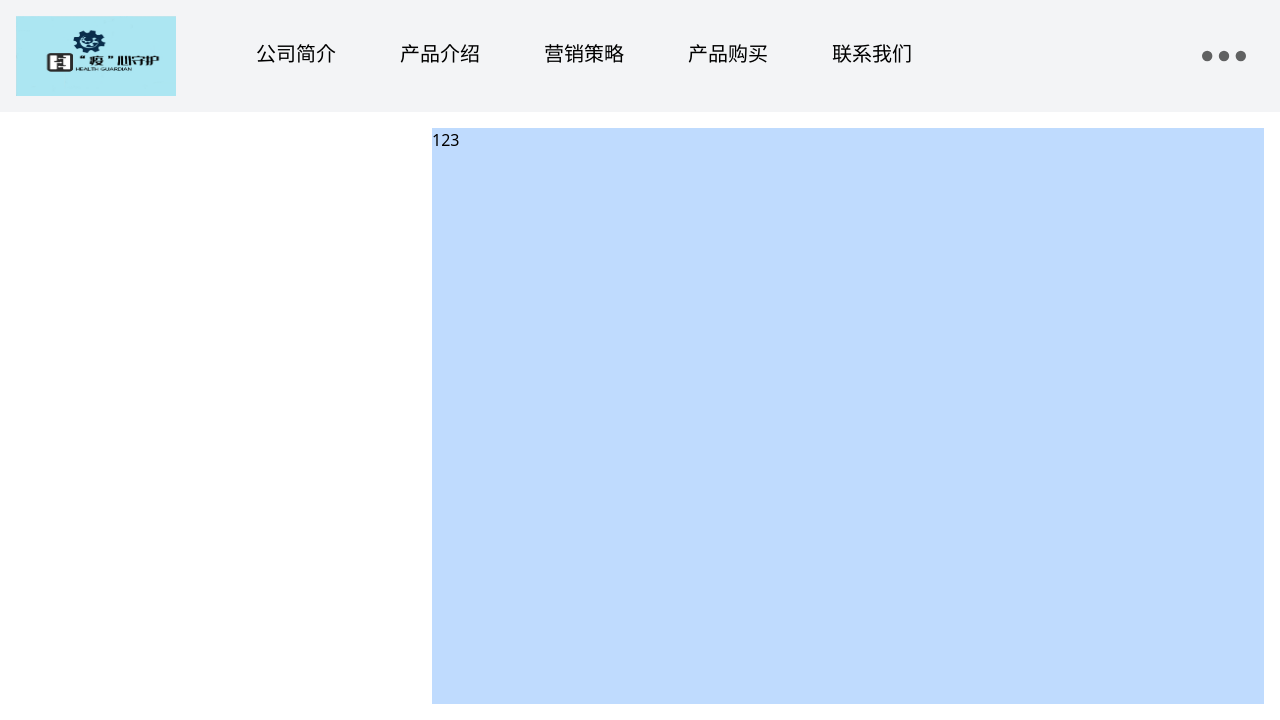
Repository: LiuRuohui/company_introduction
Page: /#/introduction
An editor plug-in stored every save of this project. The page is shown before and after the next save, followed by the edit.
The browser window is 1280 px wide. The pictures show the whole page.
The project was rebuilt for these pictures with package versions that can differ from the ones it lists, and the page was loaded fresh each time. Also part of the build but not shown: vite.config.js, src/components/product.vue, src/components/purchase.vue, src/components/strategy.vue, src/components/contact.vue, src/components/public.vue.

Above is the page before, as saved 2022-05-09 23:30:19.

### index.html
<!DOCTYPE html>
<html lang="en">
  <head>
    <meta charset="UTF-8" />
    <link rel="icon" href="/favicon.ico" />
    <meta name="viewport" content="width=device-width, initial-scale=1.0" />
    <title>COMPANY_INTRODUCTION</title>
  </head>
  <body>
    <div id="app"></div>
    <script type="module" src="/src/main.js"></script>
  </body>
</html>

### src/main.js
import { createApp } from 'vue'
import "./index.css";
//引入路由器
import router from '../src/router/route.js'

import App from './App.vue'

const app = createApp(App);
app.use(router);
app.mount('#app');

### src/index.css
/* ./src/index.css */

@tailwind base;
@tailwind components;
.inputFrame {
  @apply w-full content-center text-base px-4 py-2 border-b rounded-2xl border-gray-300;
}

.inputFrame:focus {
  @apply outline-none border-indigo-500;
}

.btn {
  @apply w-full flex justify-center bg-gradient-to-r from-indigo-500 to-blue-600 text-gray-100 p-4 rounded-full tracking-wide font-semibold shadow-lg cursor-pointer transition ease-in duration-500;
}

.btn:hover {
  @apply bg-gradient-to-l from-blue-500 to-indigo-600;
}

.label {
  @apply ml-3 text-sm font-bold text-gray-700 tracking-wide;
}

@tailwind utilities;

### src/router/route.js
import { createRouter, createWebHashHistory } from "vue-router";
//引入组件
import Introduction from "../components/introduction.vue"
import Product from "../components/product.vue"
import Purchase from "../components/purchase.vue"
import Strategy from "../components/strategy.vue"
import Contact from "../components/contact.vue"

const route = [
    {
        path:'/introduction',
        component:Introduction
    },
    {
        path:'/product',
        component:Product
    },
    {
        path:'/strategy',
        component:Strategy
    },
    {
        path:'/purchase',
        component:Purchase
    },
    {
        path:'/contact',
        component:Contact
    },
]

// 创建路由对象
const router = createRouter({
    history: createWebHashHistory(),
    routes: route
  });


export default router

### src/App.vue
<script setup>
import Public from './components/public.vue';
import MainPage from './components/mainPage.vue';
// This starter template is using Vue 3 <script setup> SFCs
// Check out https://vuejs.org/api/sfc-script-setup.html#script-setup

</script>

<template>
<MainPage></MainPage>
</template>

<style>

</style>

### src/components/introduction.vue
<script setup>

</script>

<template>
<div class="w-full m-4 flex flex-row">
    <div class="flex h-full w-1/3">
        <div class="m-4 bg-red-300">

        </div>
    </div>
    <div class="flex flex-grow bg-blue-200">
123
    </div>
</div>
</template>

### src/components/mainPage.vue
<script setup></script>

<template>
    <div class="max-h-full min-h-screen w-full flex flex-col bg-white">
        <div class="w-full h-28 flex flex-row bg-gray-100">
            <div class="h-full">
                <img
                    src="/src/assets/logo.png"
                    alt="公司图标"
                    class="h-20 m-4 w-40"
                />
            </div>
            <div class="flex font-sans text-xl ml-8">
                <router-link
                    active-class="active"
                    to="/introduction"
                    class="px-8 pt-10 hover:cursor-pointer hover:bg-blue-300"
                    >公司简介</router-link
                >
                <router-link
                    active-class="active"
                    to="/product"
                    class="px-8 pt-10 hover:cursor-pointer hover:bg-blue-300"
                    >产品介绍</router-link
                >
                <router-link
                    active-class="active"
                    to="/strategy"
                    class="px-8 pt-10 hover:cursor-pointer hover:bg-blue-300"
                    >营销策略</router-link
                >
                <router-link
                    active-class="active"
                    to="/purchase"
                    class="px-8 pt-10 hover:cursor-pointer hover:bg-blue-300"
                    >产品购买</router-link
                >
                <router-link
                    active-class="active"
                    to="/contact"
                    class="px-8 pt-10 hover:cursor-pointer hover:bg-blue-300"
                    >联系我们</router-link
                >
            </div>
            <div class="flex flex-grow flex-row-reverse">
                <img
                    src="/src/assets/more.svg"
                    alt="更多"
                    class="w-16 h-16 opacity-60 mt-6 mr-6 hover:cursor-pointer"
                />
            </div>
        </div>
        <div class="w-full flex flex-grow">
            <router-view></router-view>
        </div>
    </div>
</template>

<style></style>

### tailwind.config.js
module.exports = {
  content: [
      "./index.html",
      "./src/**/*.{vue,js,ts,jsx,tsx}",
  ],
  theme: {
      extend: {},
  },
  plugins: [],
}

After the next save:
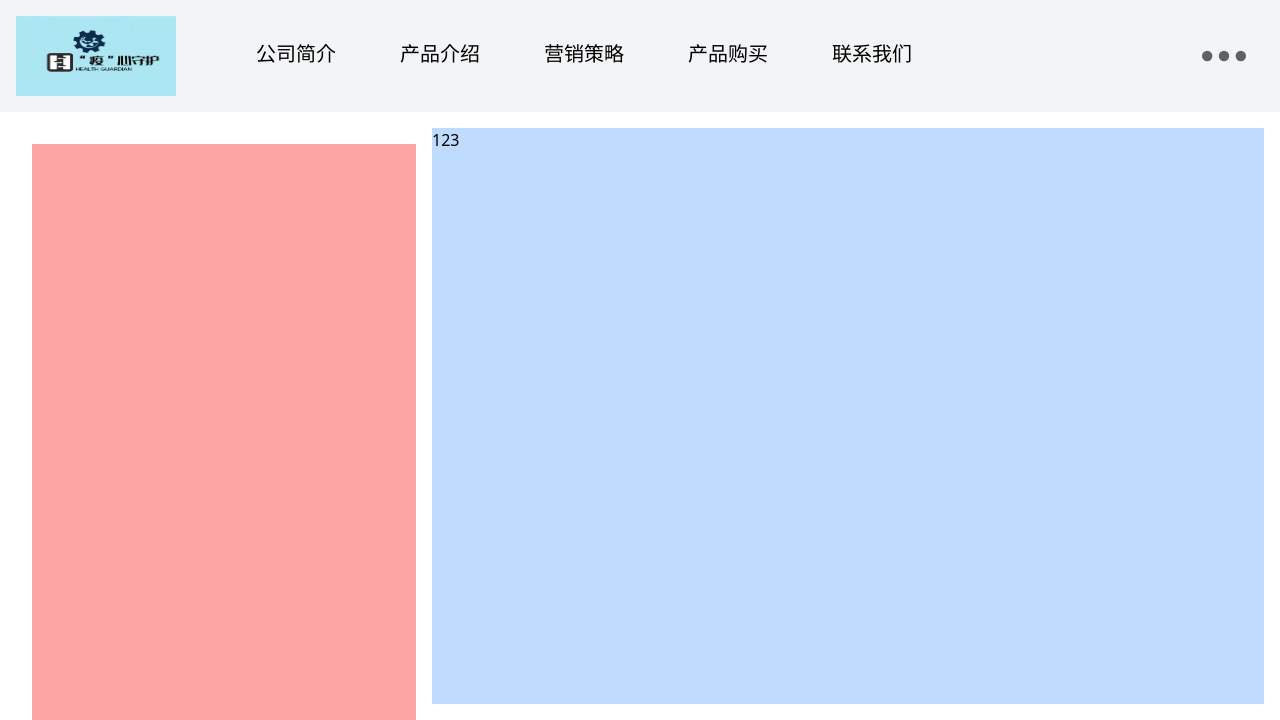
Saved 9 s later.
--- a/src/components/introduction.vue
+++ b/src/components/introduction.vue
@@ -5,7 +5,7 @@
 <template>
 <div class="w-full m-4 flex flex-row">
     <div class="flex h-full w-1/3">
-        <div class="m-4 bg-red-300">
+        <div class="m-4 bg-red-300 w-full h-full">
 
         </div>
     </div>
